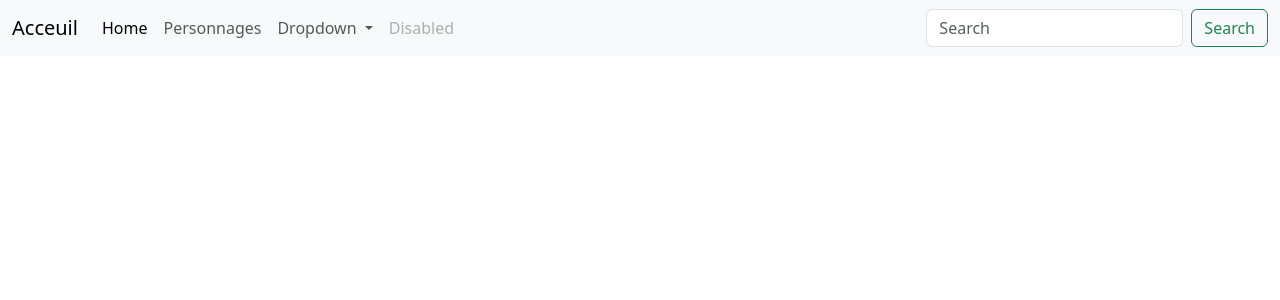
Repository: Timazoy/Site_ovni_tp
Page: index.html
The author's editor kept a copy of each file at every save. The page is drawn from the files as they stood at one save, then again after the next save.
The browser window is 1280 px wide. The pictures show the whole page.

Above is the page before, as saved 2025-12-15 08:31:02.

### index.html
<!doctype html>
<html lang="en">

<head>
    <meta charset="utf-8">
    <meta name="viewport" content="width=device-width, initial-scale=1">
    <title>Acceuil</title>
    <link href="https://cdn.jsdelivr.net/npm/bootstrap@5.3.8/dist/css/bootstrap.min.css" rel="stylesheet"
        integrity="sha384-sRIl4kxILFvY47J16cr9ZwB07vP4J8+LH7qKQnuqkuIAvNWLzeN8tE5YBujZqJLB" crossorigin="anonymous">
</head>

<body>


    <nav class="navbar navbar-expand-lg bg-body-tertiary">
        <div class="container-fluid">
            <a class="navbar-brand" href="./index.html">Acceuil</a>
            <button class="navbar-toggler" type="button" data-bs-toggle="collapse"
                data-bs-target="#navbarSupportedContent" aria-controls="navbarSupportedContent" aria-expanded="false"
                aria-label="Toggle navigation">
                <span class="navbar-toggler-icon"></span>
            </button>
            <div class="collapse navbar-collapse" id="navbarSupportedContent">
                <ul class="navbar-nav me-auto mb-2 mb-lg-0">
                    <li class="nav-item">
                        <a class="nav-link active" aria-current="page" href="#">Home</a>
                    </li>
                    <li class="nav-item">
                        <a class="nav-link" href="./perso.html">Personnages</a>
                    </li>
                    <li class="nav-item dropdown">
                        <a class="nav-link dropdown-toggle" href="#" role="button" data-bs-toggle="dropdown"
                            aria-expanded="false">
                            Dropdown
                        </a>
                        <ul class="dropdown-menu">
                            <li><a class="dropdown-item" href="#">Action</a></li>
                            <li><a class="dropdown-item" href="#">Another action</a></li>
                            <li>
                                <hr class="dropdown-divider">
                            </li>
                            <li><a class="dropdown-item" href="#">Something else here</a></li>
                        </ul>
                    </li>
                    <li class="nav-item">
                        <a class="nav-link disabled" aria-disabled="true">Disabled</a>
                    </li>
                </ul>
                <form class="d-flex" role="search">
                    <input class="form-control me-2" type="search" placeholder="Search" aria-label="Search" />
                    <button class="btn btn-outline-success" type="submit">Search</button>
                </form>
            </div>
        </div>
    </nav>


    <script src="https://cdn.jsdelivr.net/npm/bootstrap@5.3.8/dist/js/bootstrap.bundle.min.js"
        integrity="sha384-FKyoEForCGlyvwx9Hj09JcYn3nv7wiPVlz7YYwJrWVcXK/BmnVDxM+D2scQbITxI"
        crossorigin="anonymous"></script>
</body>

</html>

After the next save:
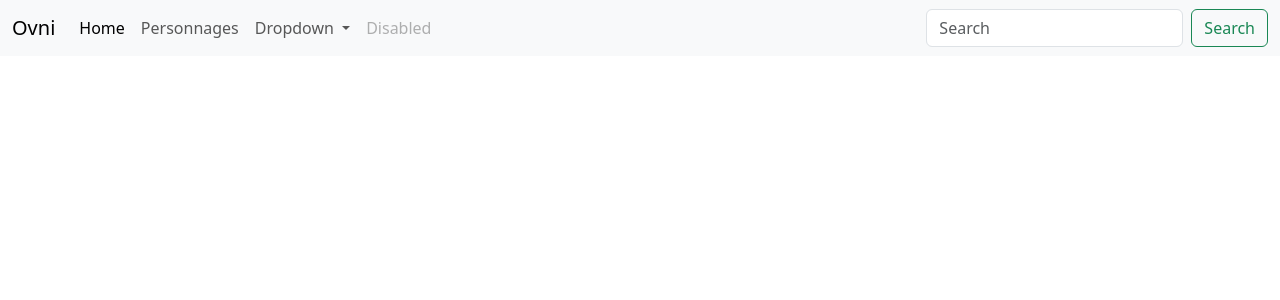
Saved 69 s later.
--- a/index.html
+++ b/index.html
@@ -14,7 +14,7 @@
 
     <nav class="navbar navbar-expand-lg bg-body-tertiary">
         <div class="container-fluid">
-            <a class="navbar-brand" href="./index.html">Acceuil</a>
+            <a class="navbar-brand" href="./index.html">Ovni</a>
             <button class="navbar-toggler" type="button" data-bs-toggle="collapse"
                 data-bs-target="#navbarSupportedContent" aria-controls="navbarSupportedContent" aria-expanded="false"
                 aria-label="Toggle navigation">
